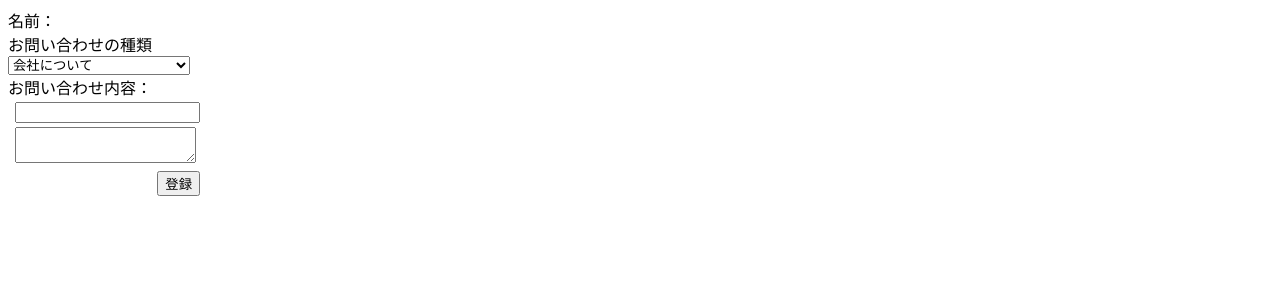
Repository: ryousukefujita-0423/test
Page: http://localhost/Webproj3/InquiryAction.action
An editor plug-in stored every save of this project. The page is shown before and after the next save, followed by the edit.
The browser window is 1280 px wide. The pictures show the whole page.
The page is served by Tomcat 9.

Above is the page before, as saved 2019-02-27 01:45:36.

After the next save:
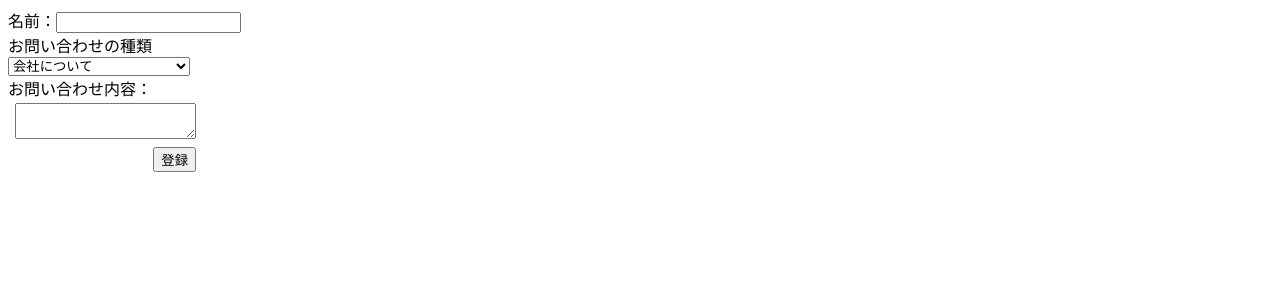
Saved 113 s later.
--- a/Webproj3/WebContent/inquiry.jsp
+++ b/Webproj3/WebContent/inquiry.jsp
@@ -9,7 +9,7 @@
 </head>
 <body>
 	<s:form method="post" action="InquiryCompleteAction">
-名前：<s:textfield name="name" />
+名前：<input type="text" name="name" />
 		<br>
 お問い合わせの種類<br>
 		<select name="qtype">
